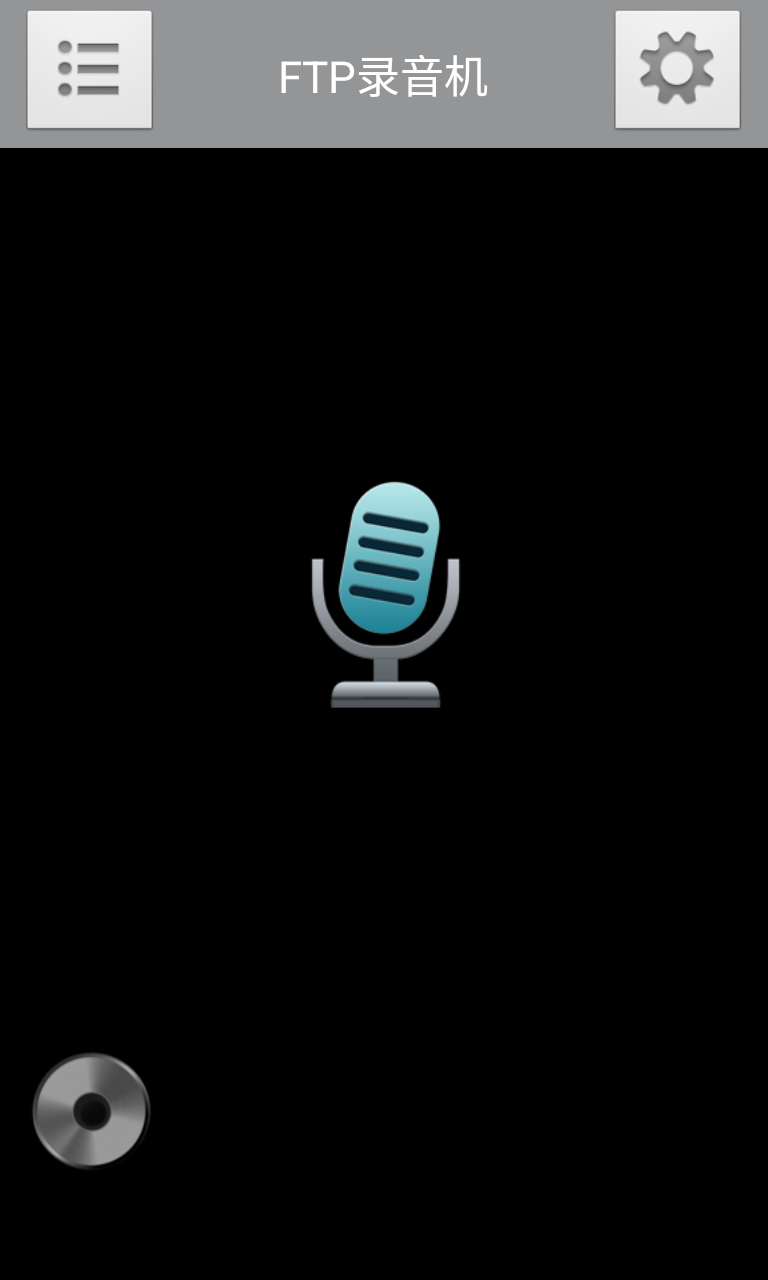
Repository: stone-jin/WAVRecoder
Layout: WAVRecoder2/res/layout/main.xml
The author's editor kept a copy of each file at every save. The layout is drawn from the files as they stood at one save, then again after the next save.
It is drawn on a 768 x 1280 px phone screen (xhdpi) without system bars, with theme Anim_style2; the app's code is not run.

Above is the layout before, as saved 2014-05-06 19:05:31.

After the next save:
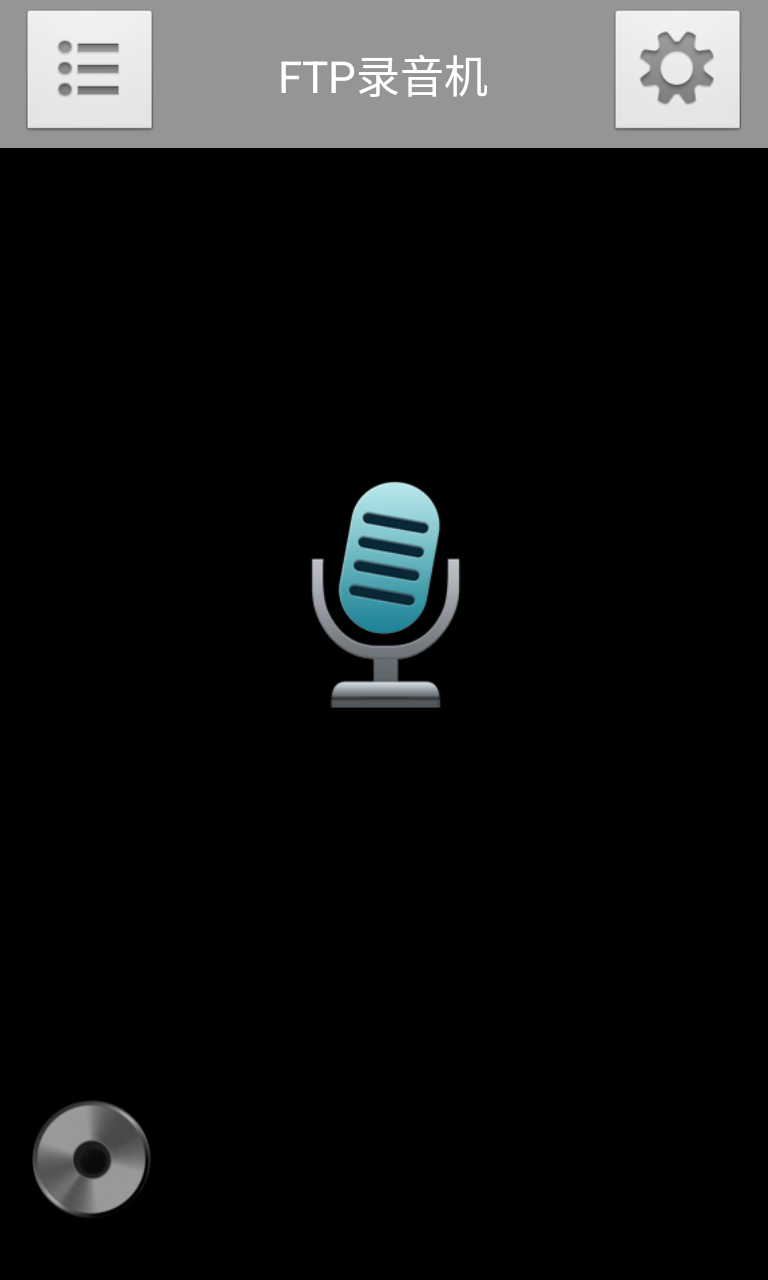
Saved 11 s later.
--- a/WAVRecoder2/res/layout/main.xml
+++ b/WAVRecoder2/res/layout/main.xml
@@ -32,6 +32,7 @@
             android:layout_height="wrap_content"
             android:background="@drawable/btn_rekam_disabled"
             android:layout_marginLeft="10dp"
+            android:layout_gravity="center_vertical"
             />
 
     </LinearLayout>
